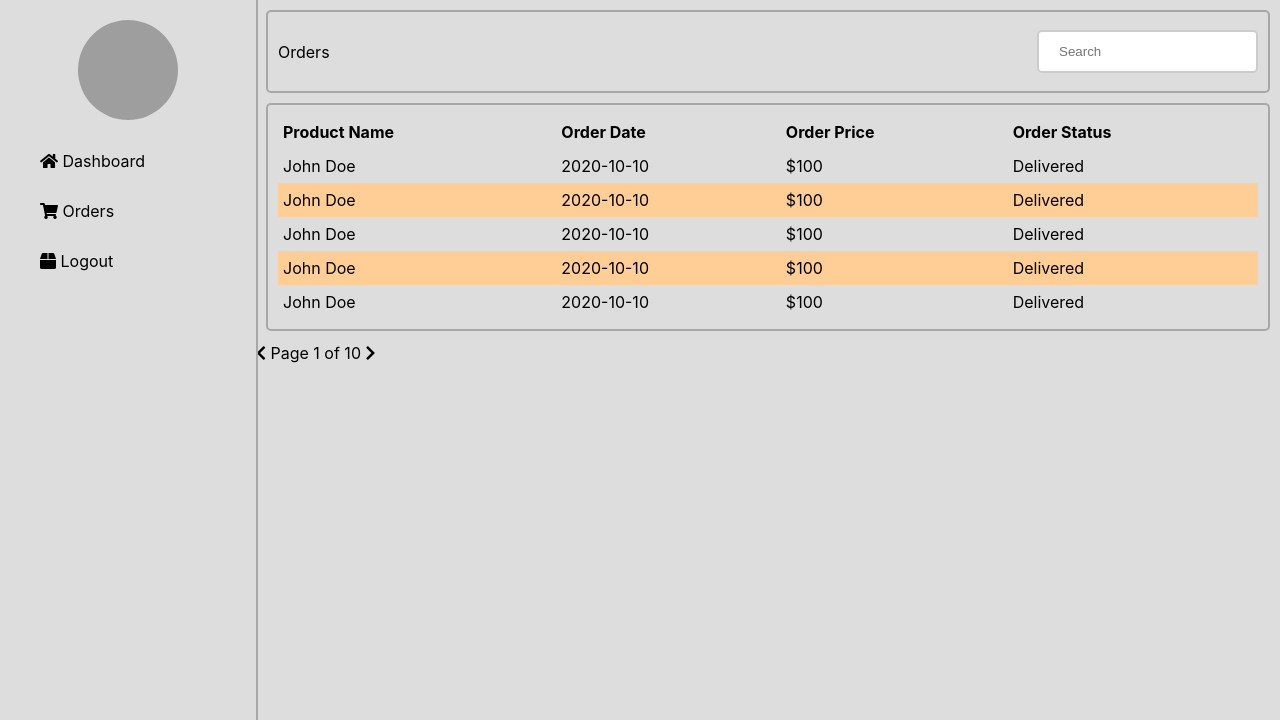
Repository: cjaymoni/FE_Submission02
Page: http://localhost/orders
These files come from the project's save history. The page is drawn as it stood at one moment and after the next save; the edit follows.
The browser window is 1280 px wide. The pictures show the whole page.
Pictures or frames that could not be fetched are drawn as grey boxes. Some web libraries are served in a nearby version. The page is run by PHP 8.4 with error messages shown; the project is at /var/www/html/.

Above is the page before, as saved 2022-09-29 15:25:24.

After the next save:
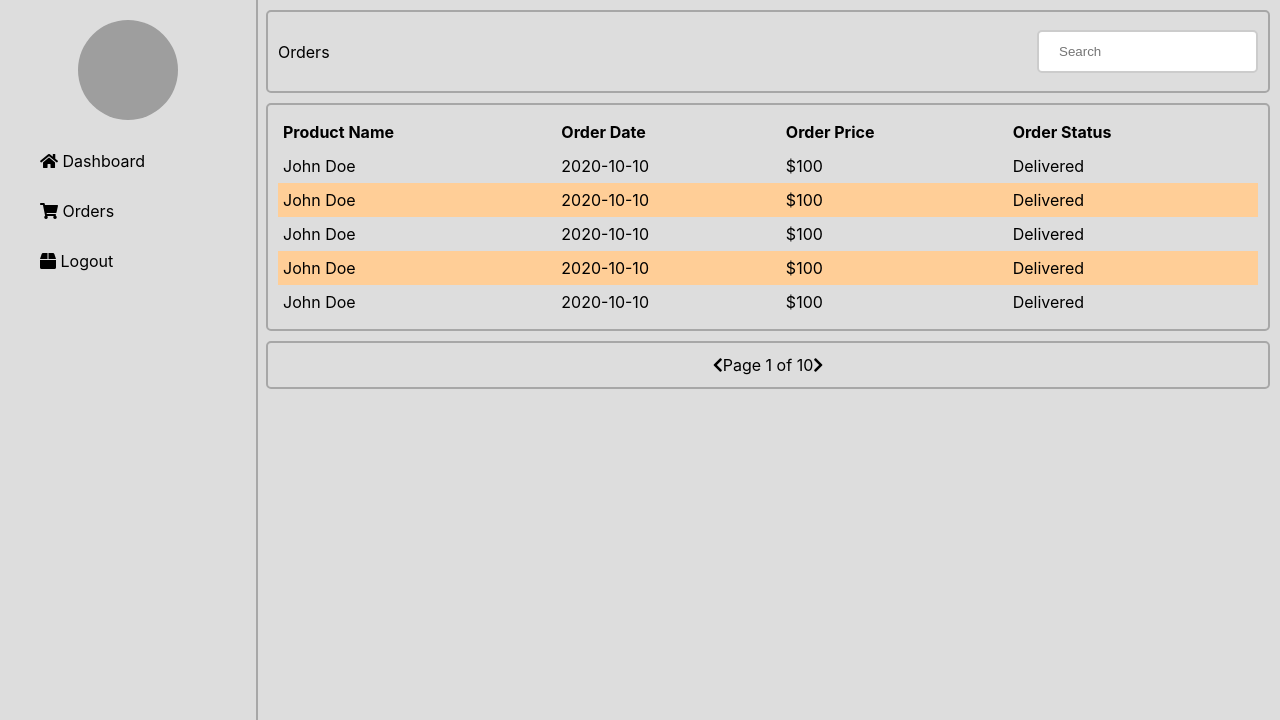
Saved 14 s later.
--- a/css/styles.css
+++ b/css/styles.css
@@ -188,7 +188,7 @@ tr:nth-child(even) {
     background-color: #ffce97;
 }
 
-order-table-paginator {
+.order-table-paginator {
     display: flex;
     justify-content: center;
     align-items: center;
